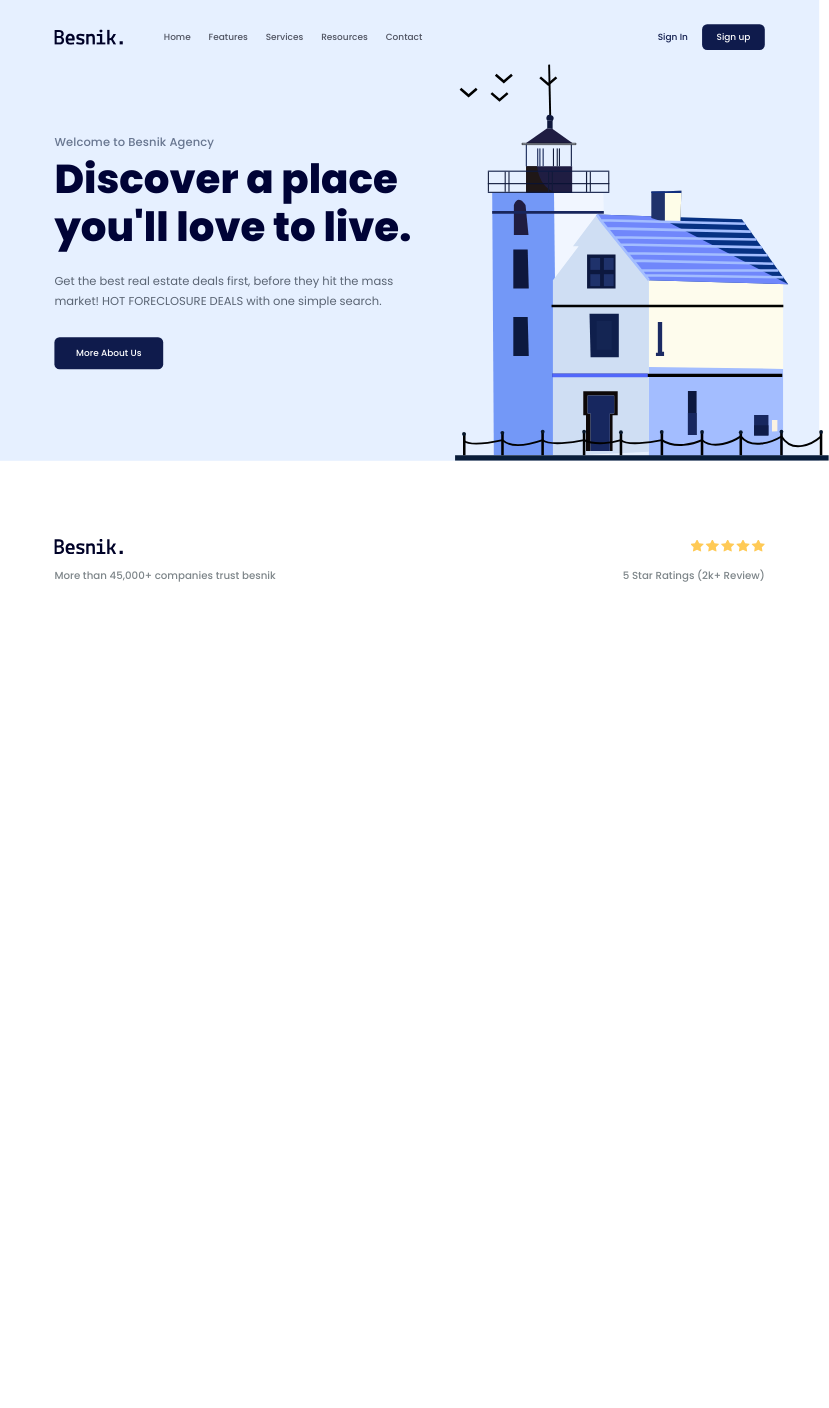
Repository: jessicapaa/F8-Project-01
Page: index.html
The author's editor kept a copy of each file at every save. The page is drawn from the files as they stood at one save, then again after the next save.
The browser window is 1280 px wide. The page is 1295 px wide, so the pictures cover 1295 px, including what lies to the right of the window. The pictures show the whole page, at 64% of full size.

Above is the page before, as saved 2024-03-08 09:21:21.

### index.html
<!DOCTYPE html>
<html lang="en">

<head>
    <meta charset="UTF-8">
    <meta name="viewport" content="width=device-width, initial-scale=1.0">
    <title>F8-Project-01</title>
    <link rel="stylesheet" href="./assets/css/reset.css">
    <link rel="stylesheet" href="./assets/fonts/stylesheet.css">
    <link rel="stylesheet" href="./assets/css/styles.css">
</head>

<body>
    <!-- main -->
    <main style="height: 2200px;">

        <!-- header -->
        <header class="header">
            <div class="content">
                <nav class="navbar">
                    <!-- logo -->
                    <img src="./assets/img/logo.svg" alt="Besnik.">

                    <!-- navigation -->
                    <ul>
                        <li><a href="#!">Home</a></li>
                        <li><a href="#!">Features</a></li>
                        <li><a href="#!">Services</a></li>
                        <li><a href="#!">Resources</a></li>
                        <li><a href="#!">Contact</a></li>
                    </ul>

                    <!-- Action -->
                    <div class="actions">
                        <a href="#!" class="action-link">Sign In</a>
                        <a href="#!" class="btn action-btn">Sign up</a>
                    </div>
                </nav>
                <div class="hero">
                    <!-- info  -->
                    <div class="info">
                        <p class="sub-title">Welcome to Besnik Agency</p>
                        <h1 class="title">
                            Discover a place you'll love to live.
                        </h1>
                        <p class="desc">Get the best real estate deals first,
                            before they hit the mass market! HOT FORECLOSURE DEALS with one simple search.</p>
                        <a href="#!" class="btn hero-btn">More About Us</a>
                    </div>

                    <!-- img  -->
                    <img src="./assets/img/hero-img.svg" class="hero-img" alt="Discover a place you'll love to live.">
                </div>
            </div>
        </header>
        <!-- Clients -->
        <div class="clients">
            <div class="content">
                <div class="row">
                    <img src="./assets/img/logo.svg" alt="Besnik.">

                    <!-- Stars -->
                    <div class="stars">
                        <img src="./assets/img/Star.svg" alt="Stars">
                    </div>
                </div>
                <div class="row row-desc">
                    <p class="desc">More than 45,000+ companies trust besnik</p>
                    <p class="desc desc-rating">5 Star Ratings (2k+ Review)</p>
                </div>
                <div class="images">

                </div>
            </div>
        </div>
    </main>
</body>

</html>

### assets/fonts/stylesheet.css
@font-face {
    font-family: "Poppins";
    src: url("Poppins/Poppins-BlackItalic.woff2") format("woff2"),
        url("Poppins/Poppins-BlackItalic.woff") format("woff");
    font-weight: 900;
    font-style: italic;
    font-display: swap;
}

@font-face {
    font-family: "Poppins";
    src: url("Poppins/Poppins-Black.woff2") format("woff2"),
        url("Poppins/Poppins-Black.woff") format("woff");
    font-weight: 900;
    font-style: normal;
    font-display: swap;
}

@font-face {
    font-family: "Poppins";
    src: url("Poppins/Poppins-BoldItalic.woff2") format("woff2"),
        url("Poppins/Poppins-BoldItalic.woff") format("woff");
    font-weight: bold;
    font-style: italic;
    font-display: swap;
}

@font-face {
    font-family: "Poppins";
    src: url("Poppins/Poppins-ExtraBold.woff2") format("woff2"),
        url("Poppins/Poppins-ExtraBold.woff") format("woff");
    font-weight: bold;
    font-style: normal;
    font-display: swap;
}

@font-face {
    font-family: "Poppins";
    src: url("Poppins/Poppins-ExtraBoldItalic.woff2") format("woff2"),
        url("Poppins/Poppins-ExtraBoldItalic.woff") format("woff");
    font-weight: bold;
    font-style: italic;
    font-display: swap;
}

@font-face {
    font-family: "Poppins";
    src: url("Poppins/Poppins-ExtraLight.woff2") format("woff2"),
        url("Poppins/Poppins-ExtraLight.woff") format("woff");
    font-weight: 200;
    font-style: normal;
    font-display: swap;
}

@font-face {
    font-family: "Poppins";
    src: url("Poppins/Poppins-ExtraLightItalic.woff2") format("woff2"),
        url("Poppins/Poppins-ExtraLightItalic.woff") format("woff");
    font-weight: 200;
    font-style: italic;
    font-display: swap;
}

@font-face {
    font-family: "Poppins";
    src: url("Poppins/Poppins-Light.woff2") format("woff2"),
        url("Poppins/Poppins-Light.woff") format("woff");
    font-weight: 300;
    font-style: normal;
    font-display: swap;
}

@font-face {
    font-family: "Poppins";
    src: url("Poppins/Poppins-Italic.woff2") format("woff2"),
        url("Poppins/Poppins-Italic.woff") format("woff");
    font-weight: normal;
    font-style: italic;
    font-display: swap;
}

@font-face {
    font-family: "Poppins";
    src: url("Poppins/Poppins-Medium.woff2") format("woff2"),
        url("Poppins/Poppins-Medium.woff") format("woff");
    font-weight: 500;
    font-style: normal;
    font-display: swap;
}

@font-face {
    font-family: "Poppins";
    src: url("Poppins/Poppins-MediumItalic.woff2") format("woff2"),
        url("Poppins/Poppins-MediumItalic.woff") format("woff");
    font-weight: 500;
    font-style: italic;
    font-display: swap;
}

@font-face {
    font-family: "Poppins";
    src: url("Poppins/Poppins-LightItalic.woff2") format("woff2"),
        url("Poppins/Poppins-LightItalic.woff") format("woff");
    font-weight: 300;
    font-style: italic;
    font-display: swap;
}

@font-face {
    font-family: "Poppins";
    src: url("Poppins/Poppins-Regular.woff2") format("woff2"),
        url("Poppins/Poppins-Regular.woff") format("woff");
    font-weight: normal;
    font-style: normal;
    font-display: swap;
}

@font-face {
    font-family: "Poppins";
    src: url("Poppins/Poppins-SemiBold.woff2") format("woff2"),
        url("Poppins/Poppins-SemiBold.woff") format("woff");
    font-weight: 600;
    font-style: normal;
    font-display: swap;
}

@font-face {
    font-family: "Poppins";
    src: url("Poppins/Poppins-SemiBoldItalic.woff2") format("woff2"),
        url("Poppins/Poppins-SemiBoldItalic.woff") format("woff");
    font-weight: 600;
    font-style: italic;
    font-display: swap;
}

@font-face {
    font-family: "Poppins";
    src: url("Poppins/Poppins-Thin.woff2") format("woff2"),
        url("Poppins/Poppins-Thin.woff") format("woff");
    font-weight: 100;
    font-style: normal;
    font-display: swap;
}

@font-face {
    font-family: "Poppins";
    src: url("Poppins/Poppins-ThinItalic.woff2") format("woff2"),
        url("Poppins/Poppins-ThinItalic.woff") format("woff");
    font-weight: 100;
    font-style: italic;
    font-display: swap;
}

### assets/css/styles.css
* {
    box-sizing: border-box;
}
html {
    font-size: 62.5%;
}
:root {
    --primary-color: #0f1b4c;
}
body {
    font-size: 1.6rem;
    /* font-family: ; */
    font-family: "Poppins";
}
/* common */
.content {
    width: 1110px;
    max-width: calc(100% - 48px);
    margin-left: auto;
    margin-right: auto;
}

a {
    text-decoration: none;
}

.btn {
    display: inline-block;
    min-width: 98px;
    background: var(--primary-color);
    border-radius: 8px;
    font-size: 1.4rem;
    font-weight: 500;
    text-align: center;
    color: #fff;
    padding: 18px 16px;
}
.btn:hover {
    opacity: 0.9;
}

/* css header */
.header {
    height: 100vh;
    background: #e6f0ff;
    position: relative;
}

.navbar {
    display: flex;
    align-items: center;
    padding-top: 38px;
}

.navbar ul {
    display: flex;
    margin-left: 50px;
}

.navbar .actions {
    margin-left: auto;
}

.navbar ul a {
    font-weight: 500;
    font-size: 1.4rem;
    color: #4f5361;
    padding: 8px 14px;
}

.navbar .action-link {
    font-weight: 500;
    font-size: 1.4rem;
    color: var(--primary-color);
}

.navbar .action-btn {
    padding: 13px 16px;
    margin-left: 18px;
}

/* css hero */

.hero {
    margin-top: 130px;
}
.hero .info {
    width: 51%;
}

.hero .sub-title {
    color: #687690;
    font-size: 1.8rem;
    font-weight: 500;
    line-height: 1.5;
    letter-spacing: 0.018rem;
}

.hero .title {
    margin-top: 8px;
    font-weight: 700;
    font-size: 6.3rem;
    line-height: 1.19; /* 118.75% */
    color: #000336;
}

.hero .desc {
    margin-top: 30px;
    color: #5a6473;
    font-size: 1.8rem;
    font-weight: 400;
    line-height: 3.2rem; /* 177.778% */
    transform: capitalize;
}
.hero-btn {
    margin-top: 40px;
    min-width: 17rem;
    text-align: center;
}
.hero-img {
    position: absolute;
    right: calc((100vw - 1110px) / 2 - 100px);
    bottom: 0;
}

/* Clients */

.clients {
    margin-top: 122px;
}
.clients .row {
    display: flex;
    align-items: center;
    justify-content: space-between;
}
.clients .desc {
    font-weight: 500;
    font-size: 1.6rem;
    line-height: 1.25;
    color: #7d8589;
}
.clients .row-desc {
    margin-top: 23px;
}

Loaded but not shown: assets/css/reset.css (common file)

After the next save:
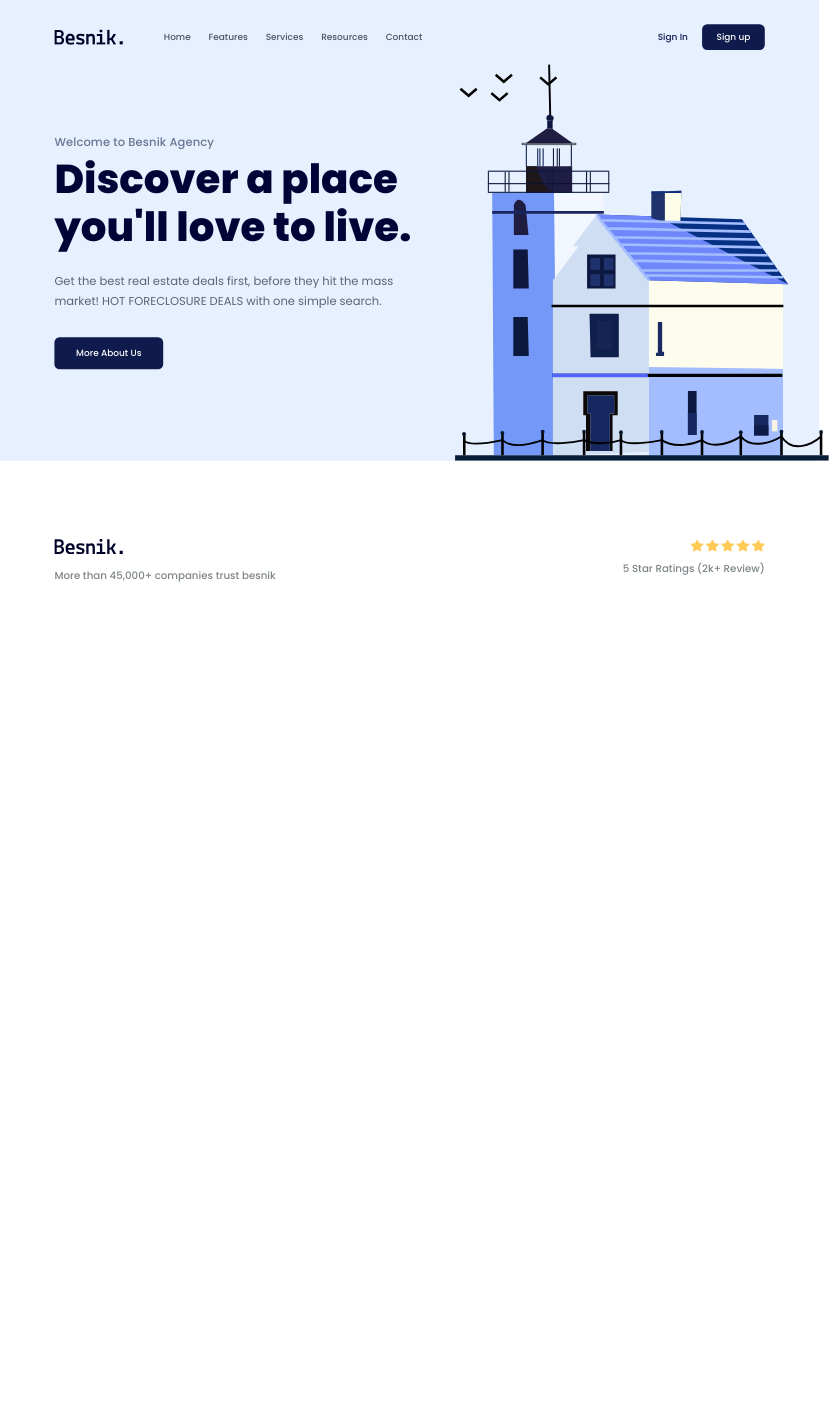
Saved 24 s later.
--- a/assets/css/styles.css
+++ b/assets/css/styles.css
@@ -142,3 +142,7 @@ a {
 .clients .row-desc {
     margin-top: 23px;
 }
+.clients .desc-rating {
+    position: relative;
+    top: -10px;
+}
